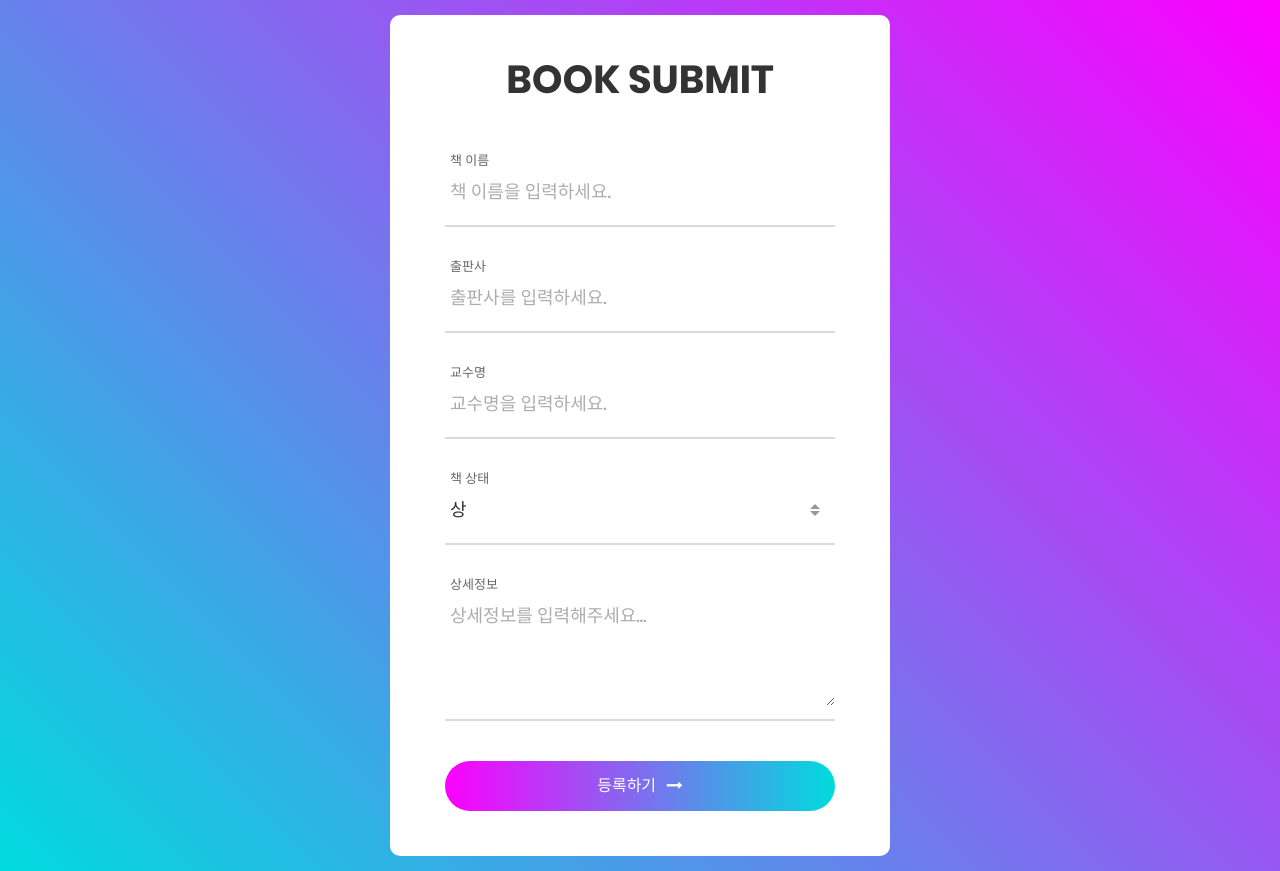
Repository: charmingjae/swproject
Page: http://localhost/bookBoard/ContactFrom_v4/write.jsp
An editor plug-in stored every save of this project. The page is shown before and after the next save, followed by the edit.
The browser window is 1280 px wide. The pictures show the whole page.
The page is served by Tomcat 9.

Above is the page before, as saved 2019-12-18 06:46:38.

After the next save:
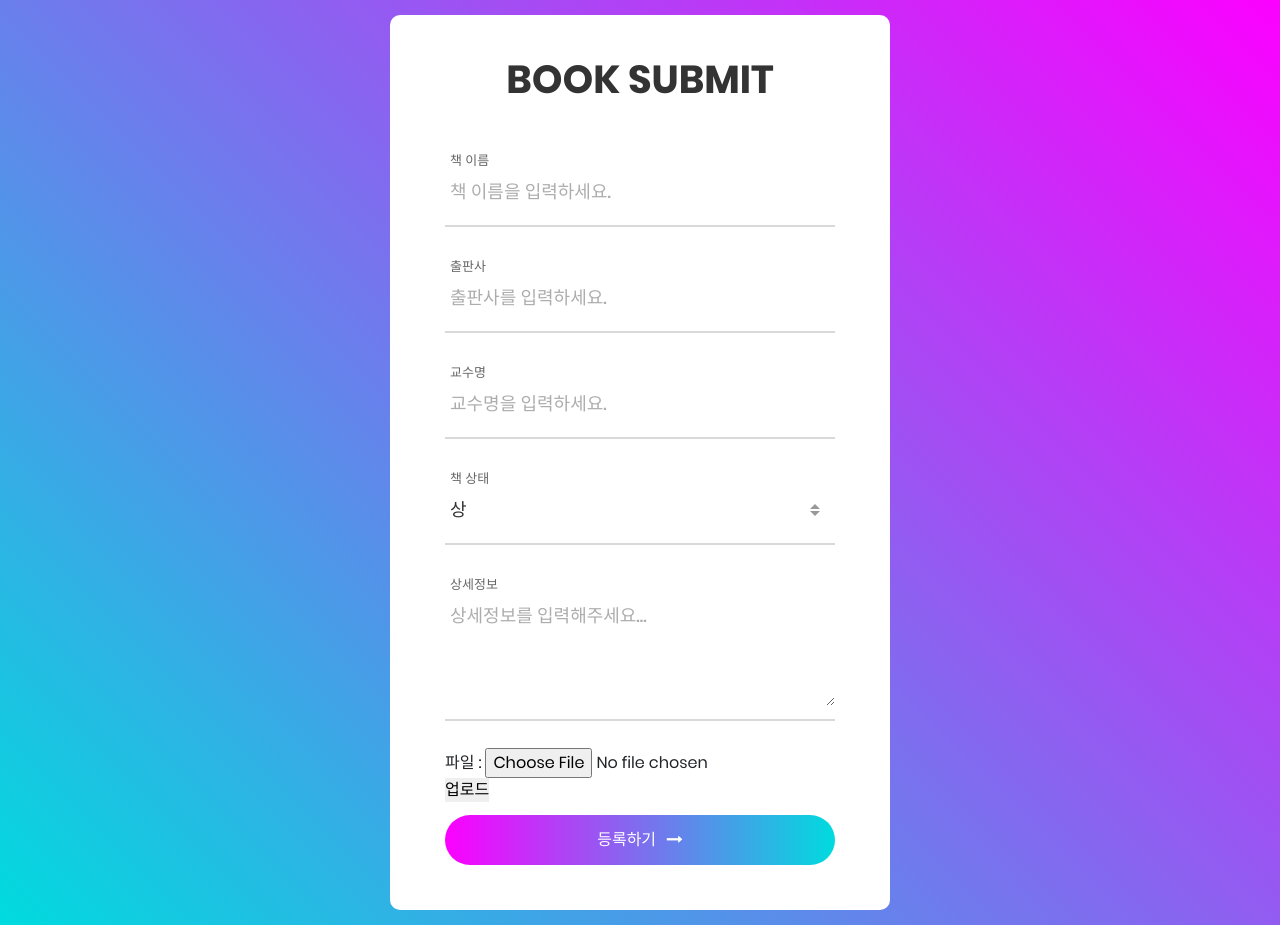
Saved 43 s later.
--- a/JSP/bookBoard/bookBoard/WebContent/ContactFrom_v4/write.jsp
+++ b/JSP/bookBoard/bookBoard/WebContent/ContactFrom_v4/write.jsp
@@ -85,7 +85,9 @@
 					<span class="focus-input100"></span>
 				</div>
 
+				파일 : <input type="file" name="file"><br>
 
+						<input type="submit" value="업로드"><br>
 
 				<div class="container-contact100-form-btn">
 					<div class="wrap-contact100-form-btn">
